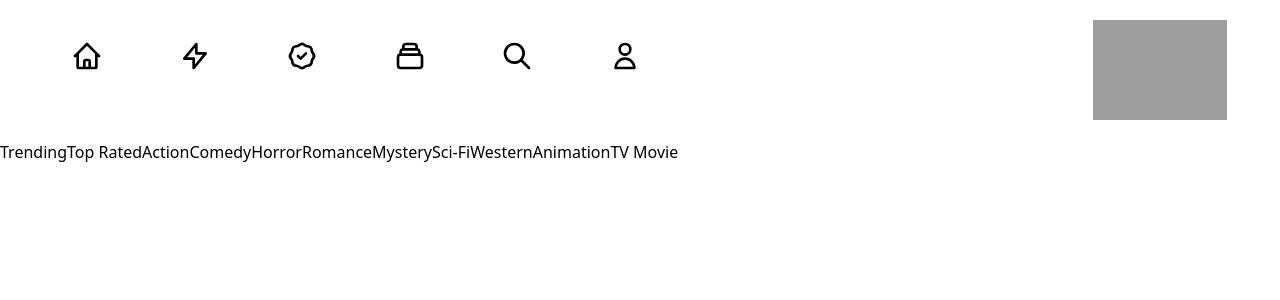
Repository: jafredk/hulu-2
Page: /
An editor plug-in stored every save of this project. The page is shown before and after the next save, followed by the edit.
The browser window is 1280 px wide. The pictures show the whole page.
Pictures or frames that could not be fetched are drawn as grey boxes. The project was rebuilt for these pictures with package versions that can differ from the ones it lists, and the page was loaded fresh each time. The framework's server and built-in components were replaced by stand-ins that run in the browser. Also part of the build but not shown: next.config.js.

Above is the page before, as saved 2021-11-02 11:46:22.

### pages/index.js
import Head from 'next/head'
import Image from 'next/image'
import Header from '../components/Header'
import Nav from '../components/Nav'


export default function Home() {
  return (
    <div>
      <Head>
        <title>HULU</title>
        <meta name="description" content="Generated by create next app" />
        <link rel="icon" href="/favicon.ico" />
      </Head>



      {/* Header */}
      <Header />



      {/* Nav */}
      <Nav />



      {/* Results */}
    </div>
  )
}

### components/Header.js
import {
    BadgeCheckIcon,
    CollectionIcon,
    HomeIcon,
    LightningBoltIcon,
    SearchIcon,
    UserIcon,
} from "@heroicons/react/outline";

import Image from 'next/image'
import HeaderItem from './HeaderItem';

function Header() {
    return (
        <header className="flex flex-col sm:flex-row m-5 justify-between items-center h-auto">
            <div className="flex flex-grow justify-evenly max-w-2xl">
                <HeaderItem title='HOME' Icon={HomeIcon} />
                <HeaderItem title='TRENDING' Icon={LightningBoltIcon} />
                <HeaderItem title='VERIFIED' Icon={BadgeCheckIcon} />
                <HeaderItem title='COLLECTIONS' Icon={CollectionIcon} />
                <HeaderItem title='SEARCH' Icon={SearchIcon} />
                <HeaderItem title='ACCOUNT' Icon={UserIcon} />
            </div>


            <Image className="object-contain bg " src="https://links.papareact.com/ua6" width={200} height={100} />
        </header>
    );
}

export default Header;

### components/Nav.js
import requests from "../utils/requests";

function Nav() {
    return (
        <nav>
            <div className="flex flex-row">
                {Object.entries(requests).map(([key, { title, url }]) => (
                    <h2>{title}</h2>
                ))}



                </div>

        </nav>
    );
}

export default Nav;

### components/HeaderItem.js
function HeaderItem({ Icon, title }) {
    return (
        <div className=" flex flex-col items-center cursor-pointer group w-12 sm:w-20 hover:text-white ">
            <Icon className="h-8 mb-1 group-hover:animate-bounce " />
            <p className=" opacity-0 group-hover:opacity-100  tracking-widest">{title}</p>
        </div>
    );
}

export default HeaderItem;

### utils/requests.js
const API_KEY = process.env.API_KEY;

export default {
    fetchTrending: {
        title: "Trending",
        url: `/trending/all/week?api_key=${API_KEY}&language=en-US`,
    },

    fetchTopRated: {
        title: "Top Rated",
        url: `/movie/top_rated?api_key=${API_KEY}&language=en-US`,
    },


    fetchActionMovies: {
        title: "Action",
        url: `/discover/movie?api_key=${API_KEY}&with_genres=28`,
    },

    fetchComedyMovies: {
        title: "Comedy",
        url: `/discover/movie?api_key=${API_KEY}&with_genres=35`,
    },

    fetchHorrorMovies: {
        title: "Horror",
        url: `/discover/movie?api_key=${API_KEY}&with_genres=27`,
    },

    fetchRomanceMovies: {
        title: "Romance",
        url: `/discover/movie?api_key=${API_KEY}&with_genres=10749`,
    },

    fetchMystery: {
        title: "Mystery",
        url: `/discover/movie?api_key=${API_KEY}&with_genres=9648`,
    },

    fetchSciFi: {
        title: "Sci-Fi",
        url: `/discover/movie?api_key=${API_KEY}&with_genres=878`,
    },

    fetchWestern: {
        title: "Western",
        url: `/discover/movie?api_key=${API_KEY}&with_genres=37`,
    },

    fetchAnimation: {
        title: "Animation",
        url: `/discover/movie?api_key=${API_KEY}&with_genres=16`,
    },


    fetchTV: {
        title: "TV Movie",
        url: `/discover/movie?api_key=${API_KEY}&with_genres=10770`,
    },
}

Loaded but not shown: pages/_app.js (common file); styles/globals.css (common file)

After the next save:
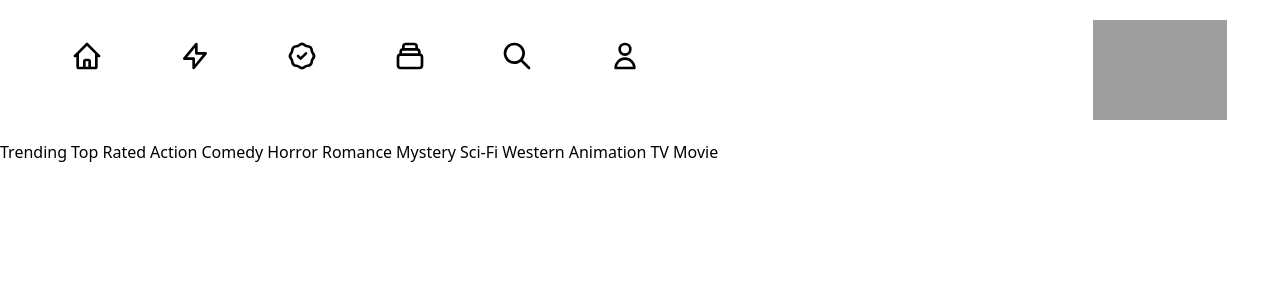
Saved 19 s later.
--- a/components/Nav.js
+++ b/components/Nav.js
@@ -3,7 +3,7 @@ import requests from "../utils/requests";
 function Nav() {
     return (
         <nav>
-            <div className="flex flex-row">
+            <div className="flex flex-row space-x-1">
                 {Object.entries(requests).map(([key, { title, url }]) => (
                     <h2>{title}</h2>
                 ))}
